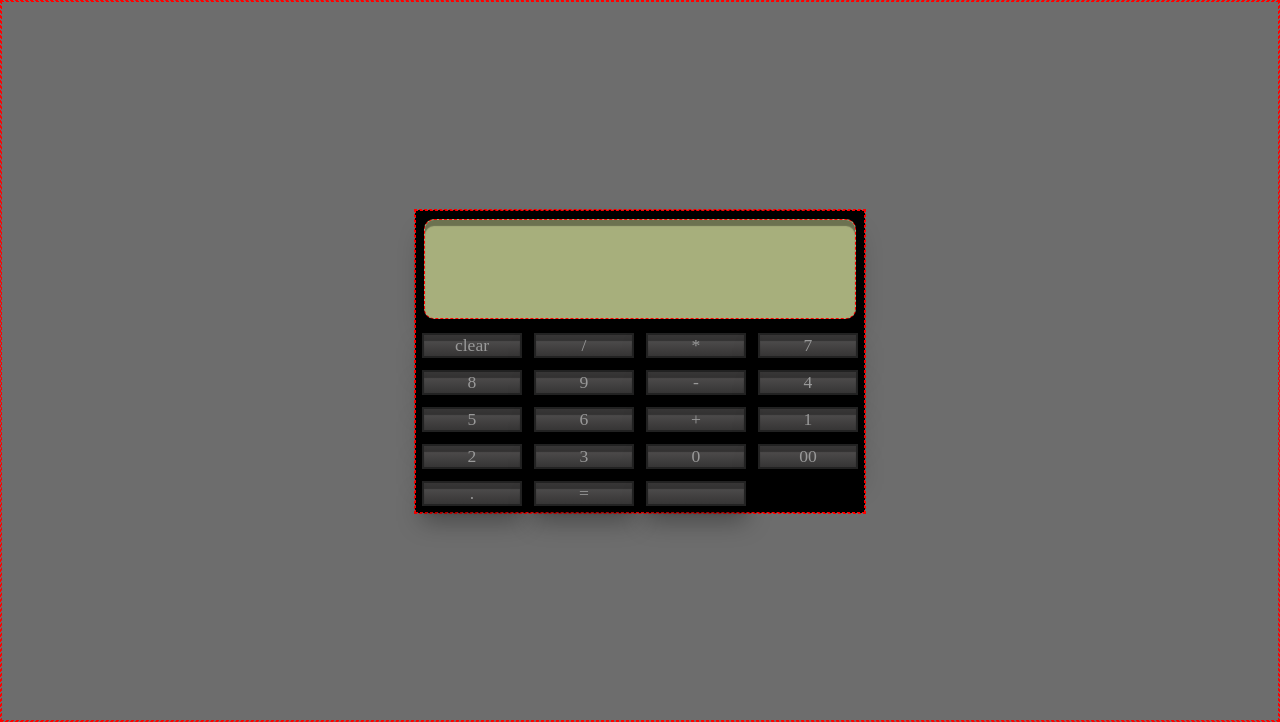
Repository: JunaidAnsari202/calculator
Page: index.html
An editor plug-in stored every save of this project. The page is shown before and after a run of saves, followed by the edit.
The browser window is 1280 px wide. The pictures show the whole page.

Above is the page before, as saved 2023-10-28 00:13:30.

### index.html
<!DOCTYPE html>
<html lang="en">
<head>
    <meta charset="UTF-8">
    <meta name="viewport" content="width=device-width, initial-scale=1.0">
    <title>Document</title>
    <link rel="stylesheet" href="style.css">
</head>
<body>

    <div class="caculator">
        <div class="button">
            <h2 id="value"></h2>
            <span id="clear">clear</span>
            <span>/</span>
            <span>*</span>
            <span>7</span>
            <span>8</span>
            <span>9</span>
            <span>-</span>
            <span>4</span>
            <span>5</span>
            <span>6</span>
            <span id="plus">+</span>
            <span>1</span>
            <span>2</span>
            <span>3</span>
            <span>0</span>
            <span>00</span>
            <span>.</span>
            <span id="equal">=</span>
            <span></span>
        </div>
    </div>
    <script src="script.js"></script>
</body>
</html>

### style.css
*{
    padding: 0;
    margin: 0;
    box-sizing: border-box;
    border: 1px red dashed;
}

body{
    display: flex;
    justify-content: center;
    align-items: center;
    height: 100vh;
    background-color: rgb(109, 109, 109);
}
.calculator{
    position: relative;
    width: 300px;
}

.button{
    position: relative;
    display: grid;
    background-color: black;
    width: 450px;
}

#value{
    position: relative;
    margin: 8px;
    grid-column: span 4;
    height: 100px;
    line-height: 100px;
    padding: 0 20px ;
    border-radius: 10px;
    background-color: #a7af7c;
    text-align: right;
    font-size: 1.5 rem;
    color: #3a3c2e;
    overflow: hidden;
    box-shadow: inset 0 6px 1px 0 rgba(0,0,0,0.35),
    0 5px 5px rgba(0,0,0,0.5),0 15px 25px rgba(0,0,0,0.35);
    width: calc(100% - 16px);
}


span{
    position: relative;
    pad: 10px;
    margin: 6px;
    min-width: 40px;
    font-size: 1.1rem;
    display: flex;
    justify-content: center;
    align-items: center;
    color: #999;
    border: 2px solid #222;
    background: linear-gradient(#555353,#363535);
    box-shadow: inset 0 6px 1px 0 rgba(0,0,0,0.35),
    0 5px 5px rgba(0,0,0,0.5),0 15px 25px rgba(0,0,0,0.35);
    user-select: none;
    cursor: pointer;
}

span::before{
    content: "";
    position: absolute;
    border-top: 2px solid #ccc;
    filter: blur(2px);
}

### script.js
let buttons=document.querySelector(".button");
let btn=document.querySelectorAll("span");
let value=document.getElementById("value");

for(let i =0;i<btn.length;i++){
    btn[i].addEventListener("click",function(){
        if(this.innerHTML == "="){
            value.innerHTML = eval(value.innerHTML);

        }
        else{
            if(this.innerHTML== "clear"){
                value.innerHTML = " ";
            }else{
                value.innerHTML += this.innerHTML;
            }
        }
    })
}

After the next 2 saves:
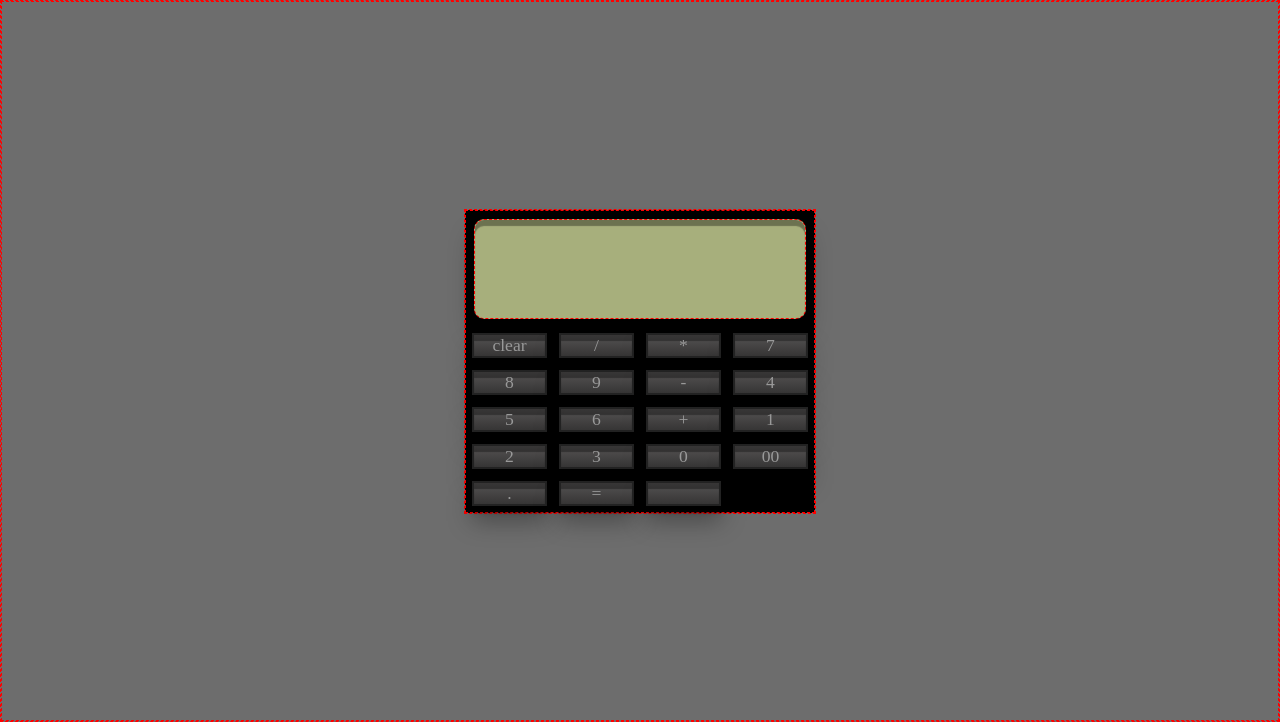
The 2 saves are shown as one change because they came seconds apart.
The last was saved 22 s later.
--- a/style.css
+++ b/style.css
@@ -21,7 +21,7 @@ body{
     position: relative;
     display: grid;
     background-color: black;
-    width: 450px;
+    width: 350px;
 }
 
 #value{
